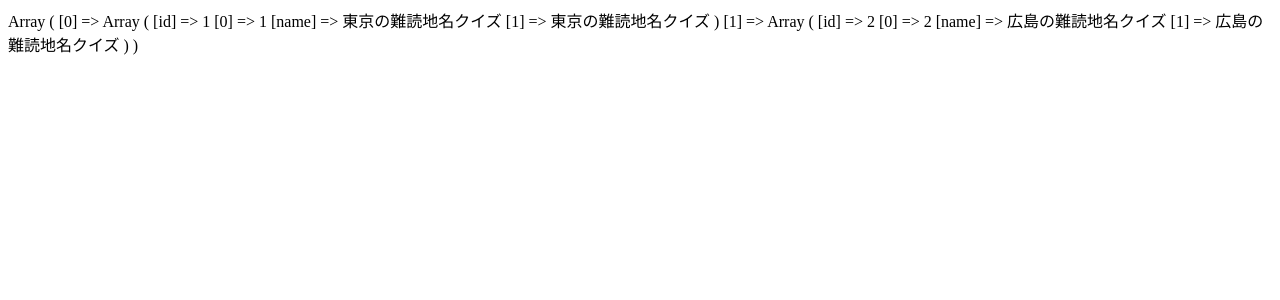
Repository: posse-ap/gen2.0-akira1515
Page: http://localhost/www/html/db_connect.php
The author's editor kept a copy of each file at every save. The page is drawn from the files as they stood at one save, then again after the next save.
The browser window is 1280 px wide. The pictures show the whole page.
The page is run by PHP 8.4 with error messages shown; the project is at /var/www/html/. The database holds what the project's SQL file puts in it.

Above is the page before, as saved 2021-12-21 21:33:28.

After the next save:
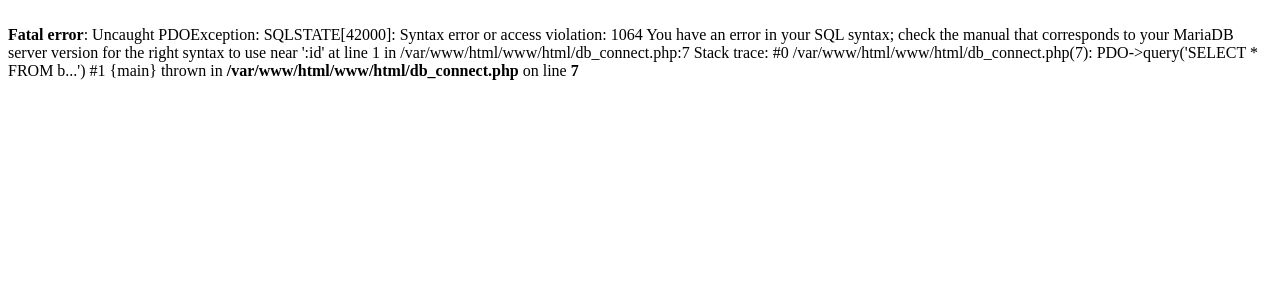
Saved 19 s later.
--- a/www/html/db_connect.php
+++ b/www/html/db_connect.php
@@ -4,7 +4,7 @@
 $pdo->query('SET NAMES utf8;');
 
 // 2.実行したいSQL文をセットする。
-$stmt = $pdo->query('SELECT * FROM big_questions ' );
+$stmt = $pdo->query('SELECT * FROM big_questions WHERE id = 1:id' );
 
 // 3.SQLに対してパラメーターをセットする。【任意】(可変する部分の受け皿)
 // $stmt->bindValue(':mail_address', $mail_address, PDO::PARAM_STR);
